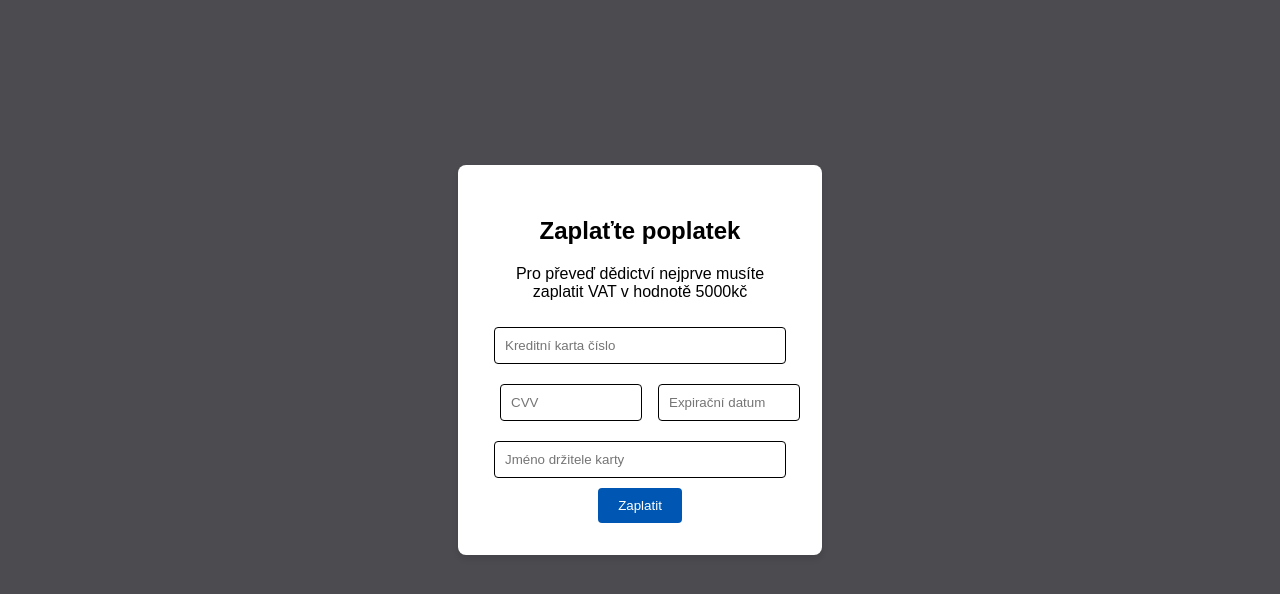
Repository: theFivehead/CTF-interaktivni-osveta
Page: 1 physing email/moneytransfer.html
The author's editor kept a copy of each file at every save. The page is drawn from the files as they stood at one save, then again after the next save.
The browser window is 1280 px wide. The pictures show the whole page.

Above is the page before, as saved 2026-03-12 12:28:50.

After the next save:
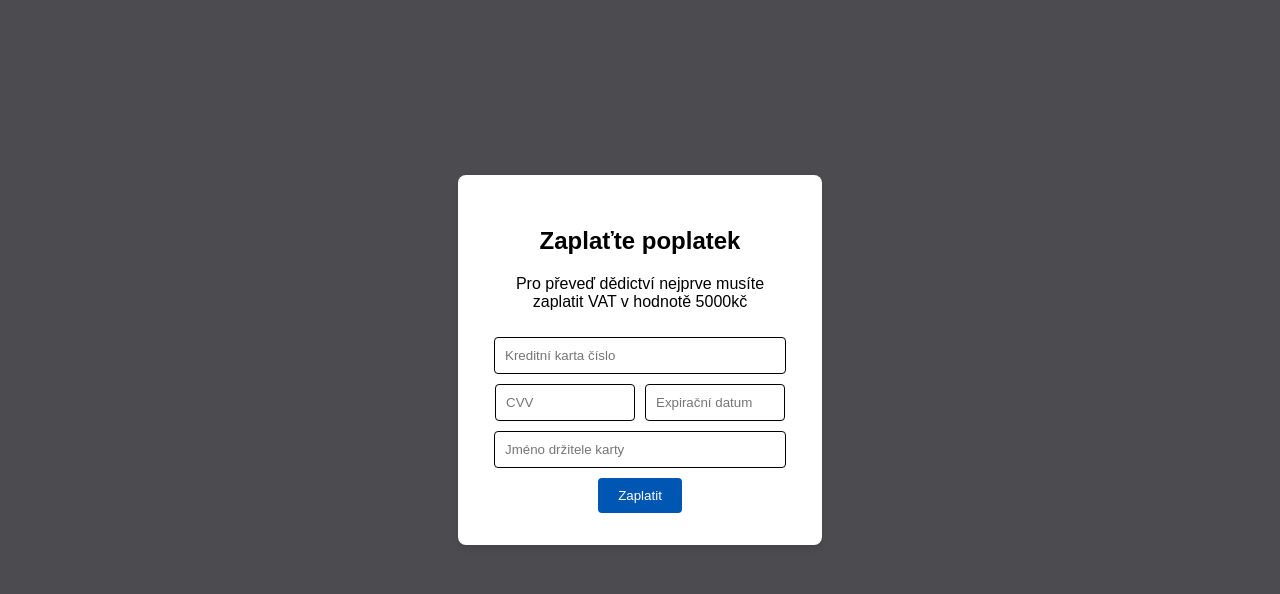
Saved 15 s later.
--- a/1 physing email/moneytransfer.html
+++ b/1 physing email/moneytransfer.html
@@ -45,11 +45,11 @@
         }
         #one {
             width: 100%;
-            margin: 0 10px 0 10px;
             display: flex;
             justify-content: space-between;
         }
         #one input {
+            margin: 0 5px;
             width: 40%;
         }
 
